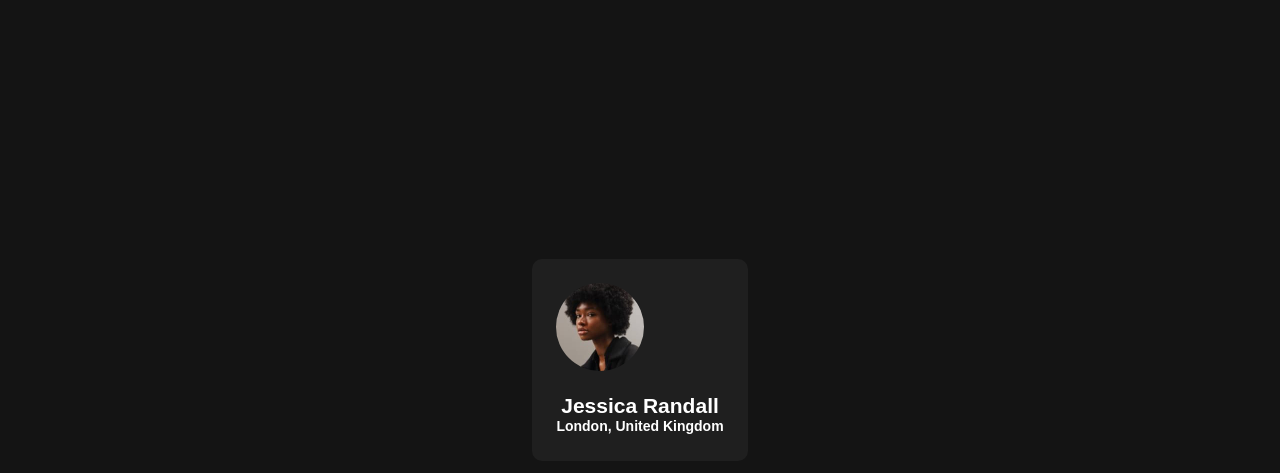
Repository: Pawan-pediredla/frontend-mentors
Page: job-cards/index.html
An editor plug-in stored every save of this project. The page is shown before and after a run of saves, followed by the edit.
The browser window is 1280 px wide. The pictures show the whole page.

Above is the page before, as saved 2024-06-09 21:04:58.

After the next 4 saves:
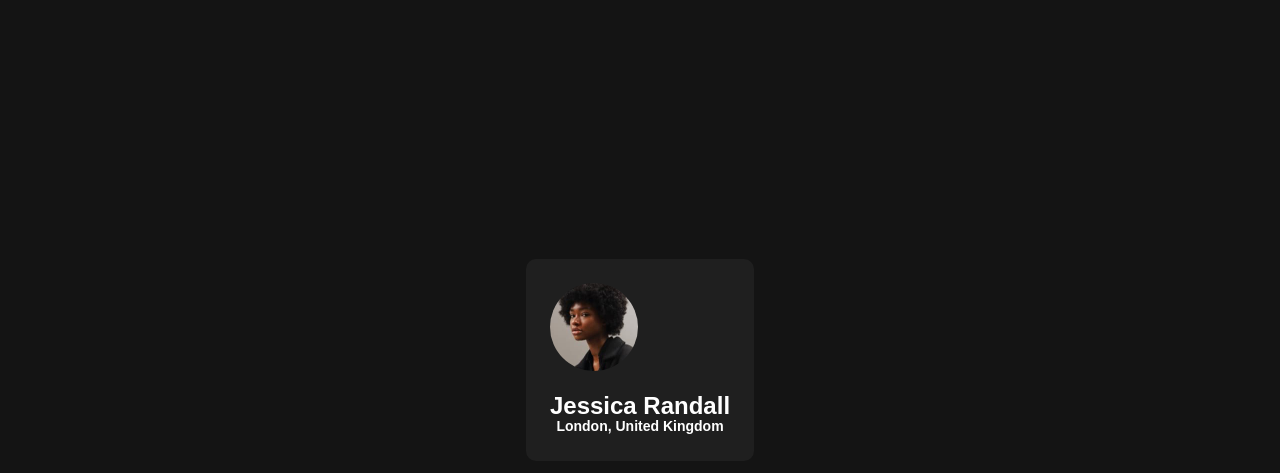
The 4 saves are shown as one change because they came seconds apart.
The last was saved 12 s later.
--- a/job-cards/css/socials.css
+++ b/job-cards/css/socials.css
@@ -69,4 +69,7 @@ align-items: centers;
 gap: 24px;
 max-width: 384px;
   }
-  .car
+  .card__info h2{
+    font-size: 24px;
+    color
+  }
